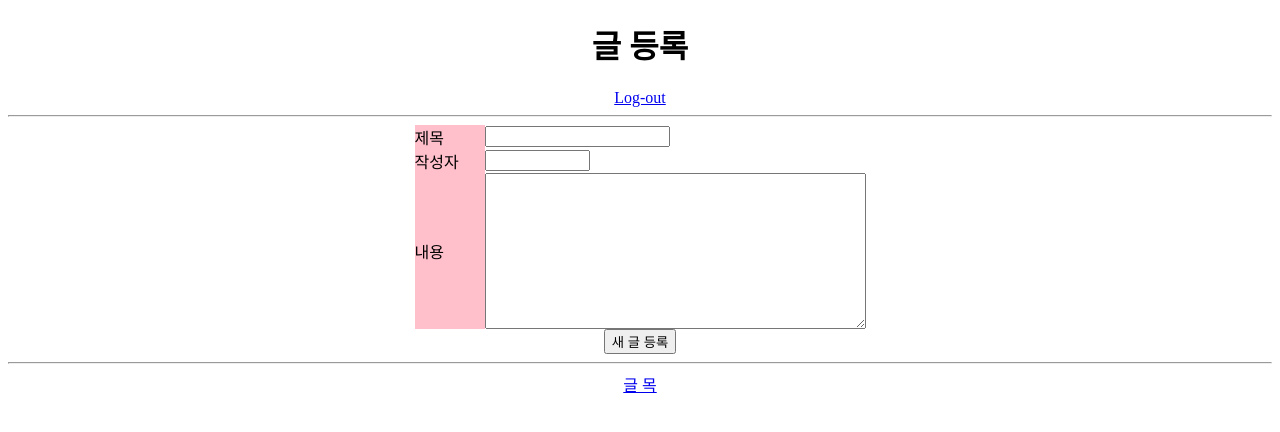
Repository: teeeeeeemo/workspace_spring
Page: http://localhost/BoardWeb/insertBoard.jsp
An editor plug-in stored every save of this project. The page is shown before and after the next save, followed by the edit.
The browser window is 1280 px wide. The pictures show the whole page.
The page is served by Tomcat 9.

Above is the page before, as saved 2017-01-19 14:55:10.

After the next save:
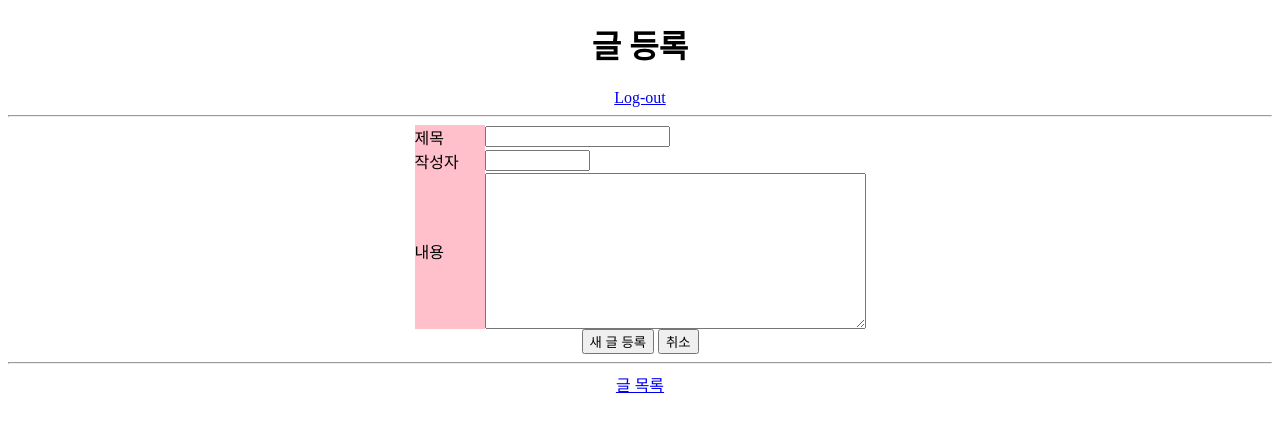
Saved 35 s later.
--- a/BoardWeb/src/main/webapp/insertBoard.jsp
+++ b/BoardWeb/src/main/webapp/insertBoard.jsp
@@ -27,14 +27,12 @@
 	</tr>
 	<tr>
 		<td colspan="2" align="center">
-		<input type="submit" value="새 글 등록" /></td>
+		<input type="submit" value="새 글 등록" />&nbsp;<input type="reset" value="취소"</td>
 	</tr>
 </table>
 </form>
 <hr>
-<a href="getBoardList.jsp">글 목</a>
-
+<a href="getBoardList.jsp">글 목록</a>
 </center>
-
 </body>
 </html>
